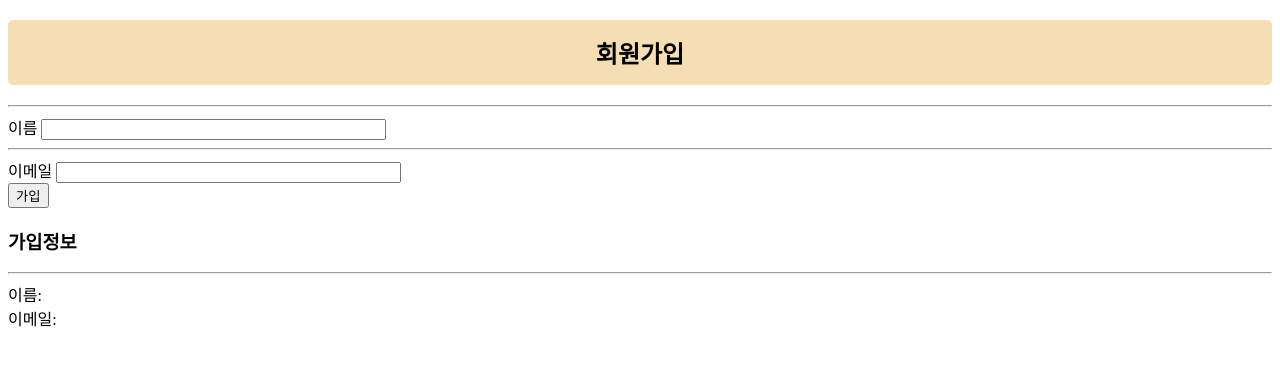
Repository: Hwater00/JSP-practice
Page: javaWorkspace/jwbook/src/main/webapp/ch03/rdgform.html
The author's editor kept a copy of each file at every save. The page is drawn from the files as they stood at one save, then again after the next save.
The browser window is 1280 px wide. The pictures show the whole page.

Above is the page before, as saved 2023-07-26 07:28:34.

After the next save:
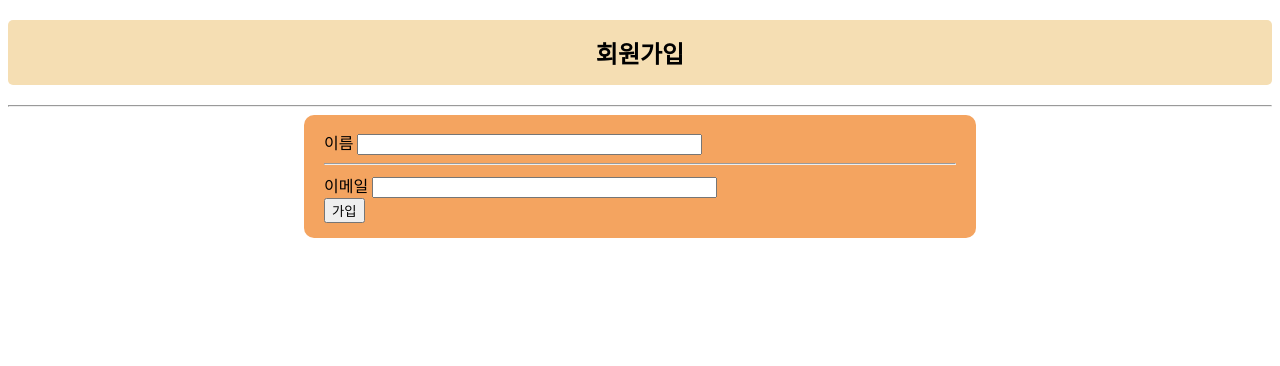
Saved 51 s later.
--- a/javaWorkspace/jwbook/src/main/webapp/ch03/rdgform.html
+++ b/javaWorkspace/jwbook/src/main/webapp/ch03/rdgform.html
@@ -10,7 +10,7 @@
 		text-align: center;
 		padding: 15px 0;
 	}
-	#result #regform{
+  #regform{
 		padding: 15px 20px;
 		border-radius: 10px;
 		margin: auto;
@@ -47,6 +47,8 @@
 		이름:<span id ="rname"></span><br>
 		이메일:<span id ="remail"></span><br>
 	</div>
-
+	<script>
+		document.getElementById("result").style.display = "none";
+	</script>
 </body>
 </html>
